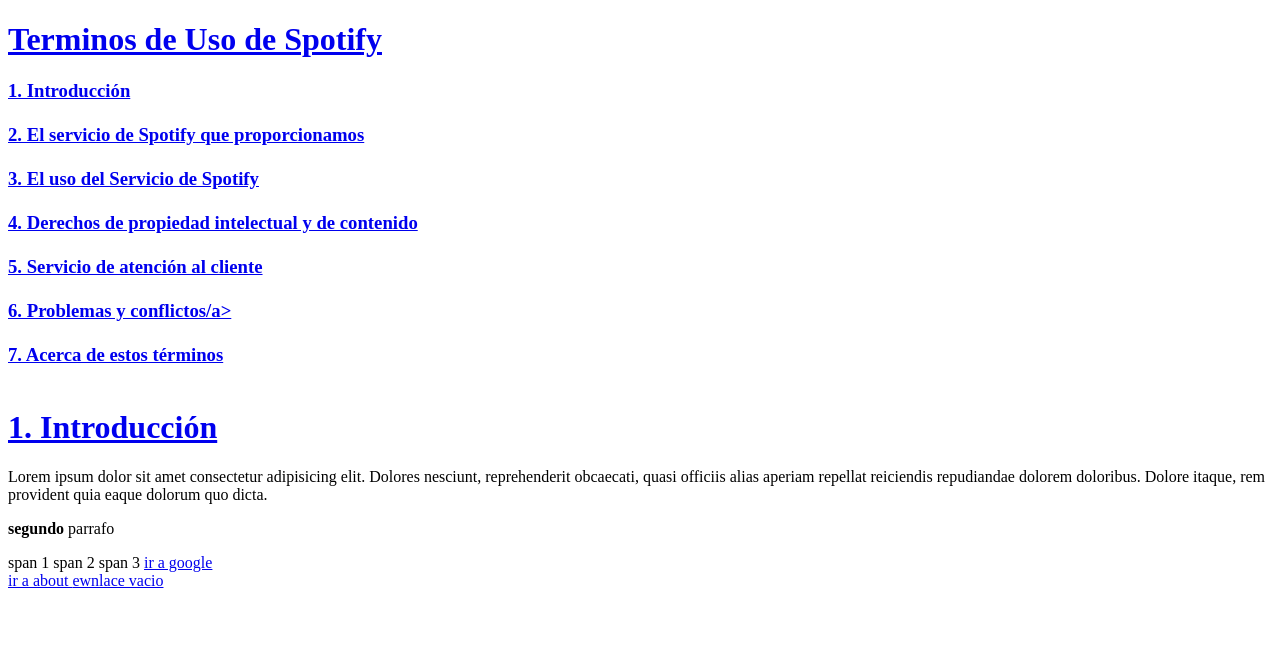
Repository: Devbenitez/Gen_30
Page: Gen_30/maquetado/index.html
An editor plug-in stored every save of this project. The page is shown before and after the next save, followed by the edit.
The browser window is 1280 px wide. The pictures show the whole page.

Above is the page before, as saved 2023-10-31 03:41:39.

### Gen_30/maquetado/index.html
<!DOCTYPE html>
<!-- especificamos el lenguage con el que trabaja nuestra pagina -->
<html lang="es">
  <head>
    <meta charset="UTF-8" />
    <meta name="description" content="Primera pagina del modulo de Maquetado" />
    <meta name="author" content="Daniel Benitez" />
    <title>Maquetado - clase 1</title>
  </head>
  <body>
    <!-- etiquetas contededores -->
    <!-- <div>asdasdasd</div>
    <section>dasdasdasd</section>
    <article>asdasd</article>
    <main>
-->
    <main>
      <!--  etiquetas de texto -->
      <h1>
        <a href="#"> Terminos de Uso de Spotify</a></h1>

      <h3>
        <a href="#">1. Introducción</a>
        <br />
        <br />
        <a href="#">2. El servicio de Spotify que proporcionamos</a>
        <br />
        <br />
        <a href="#">3. El uso del Servicio de Spotify</a>
        <br />
        <br />
        <a href="#">4. Derechos de propiedad intelectual y de contenido</a>
        <br />
        <br />
        <a href="#">5. Servicio de atención al cliente</a>
        <br />
        <br />
        <a href="#">6. Problemas y conflictos/a>
        <br />
        <br />
        <a href="#">7. Acerca de estos términos</a>
        <br />
        <br />
      </h3>
      <h1>
        <a href="#"> 1. Introducción</a></h1>

      <!-- parrafos -->
      <p>
        Lorem ipsum dolor sit amet consectetur adipisicing elit. Dolores
        nesciunt, reprehenderit obcaecati, quasi officiis alias aperiam repellat
        reiciendis repudiandae dolorem doloribus. Dolore itaque, rem provident
        quia eaque dolorum quo dicta.
      </p>
      <p><b>segundo </b>parrafo</p>
      <!-- spans -->
      <span> span 1 </span>
      <span> span 2 </span>
      <span> span 3</span>
      <!-- enlaces -->
      <a href="https://www.google.com/" target="_blank"> ir a google </a>
      <br />
      <a href="./pages/about.html"> ir a about </a>
      <a href="#"> ewnlace vacio </a>
      <!-- imagenes
            .jpg | .jpeg
            .png
            .gif
            .svg
            .webp
     -->
        </main>
  </body>
</html>

After the next save:
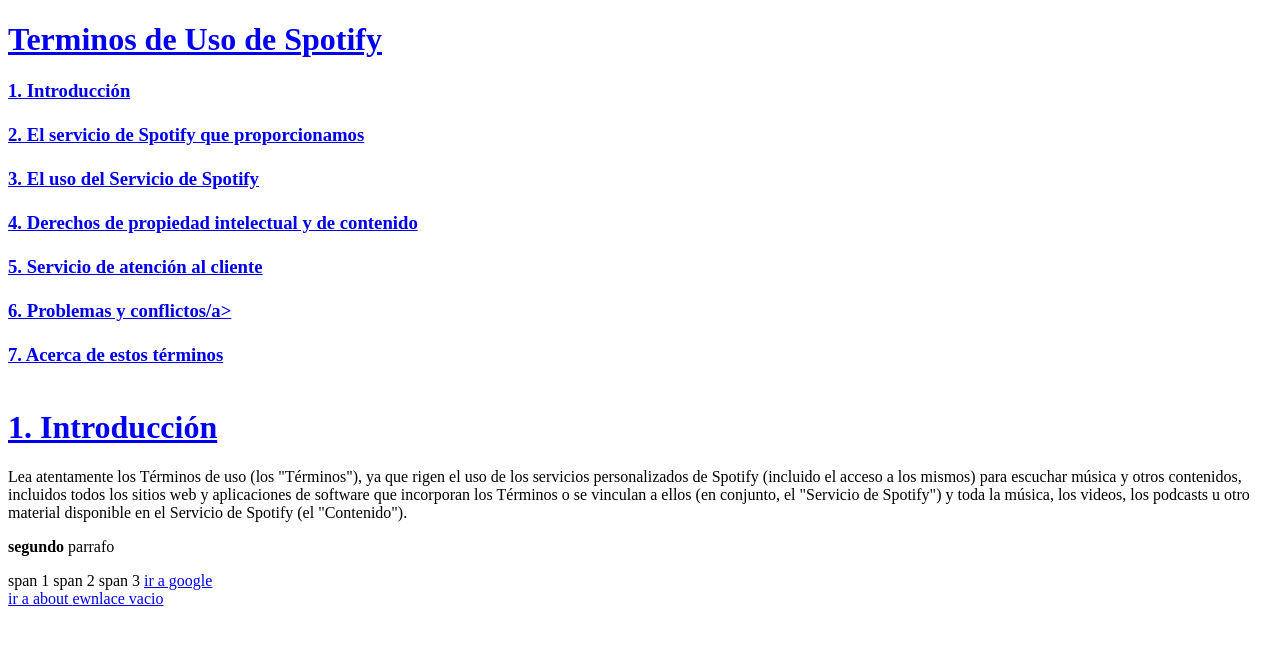
Saved 81 s later.
--- a/Gen_30/maquetado/index.html
+++ b/Gen_30/maquetado/index.html
@@ -47,10 +47,11 @@
 
       <!-- parrafos -->
       <p>
-        Lorem ipsum dolor sit amet consectetur adipisicing elit. Dolores
-        nesciunt, reprehenderit obcaecati, quasi officiis alias aperiam repellat
-        reiciendis repudiandae dolorem doloribus. Dolore itaque, rem provident
-        quia eaque dolorum quo dicta.
+        Lea atentamente los Términos de uso (los "Términos"), ya que rigen el uso de los servicios
+         personalizados de Spotify (incluido el acceso a los mismos) para escuchar música y otros
+         contenidos, incluidos todos los sitios web y aplicaciones de software que incorporan
+          los Términos o se vinculan a ellos (en conjunto, el "Servicio de Spotify") y toda
+          la música, los videos, los podcasts u otro material disponible en el Servicio de Spotify (el "Contenido").
       </p>
       <p><b>segundo </b>parrafo</p>
       <!-- spans -->
